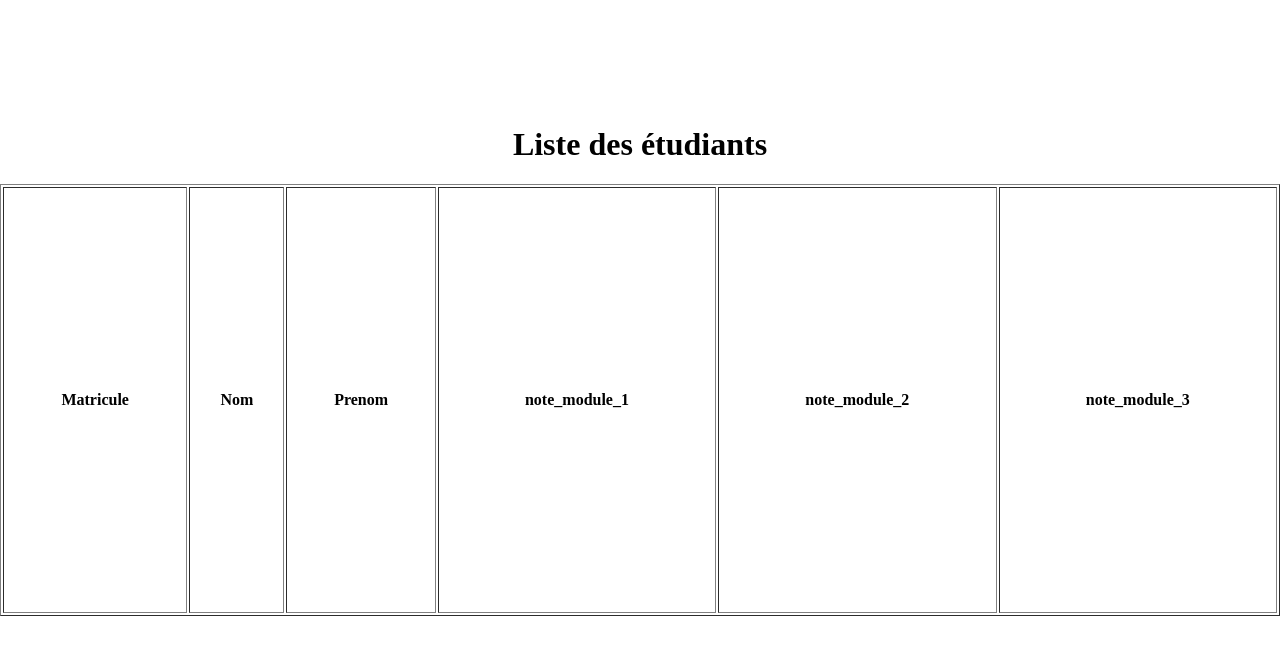
Repository: tt5300447/parakeet
Page: http://localhost/
An editor plug-in stored every save of this project. The page is shown before and after the next save, followed by the edit.
The browser window is 1280 px wide. The pictures show the whole page.
The page is run by PHP 8.4 with error messages shown; the project is at /var/www/html/. Queries for data that is not in the repository find no rows.

Above is the page before, as saved 2022-06-19 15:50:23.

### Copier/htdocs/Liste/index.php
<!DOCTYPE html>
<html lang="en">
<head>
    <meta charset="UTF-8">
    <meta http-equiv="X-UA-Compatible" content="IE=edge">
    <meta name="viewport" content="width=device-width, initial-scale=1.0">
    <title>Document</title>
    <link rel="stylesheet" href="style.css">
</head>
<body>

    <div class="center">
         <h1>Liste des étudiants</h1>
    <?php
$servername = "localhost";
$username = "root";
$password = "";
$db = "scolarite";
// Create connection
$conn = new mysqli($servername, $username, $password,$db);
// Check connection
if (mysqli_connect_errno())
{
echo "Failed to connect to MySQL: " . mysqli_connect_error();
}

$result = $conn->query("SELECT * FROM Etudiant");

echo "<table border='1'>
<tr>
<th>Matricule</th>
<th>Nom</th>
<th>Prenom</th>
<th>note_module_1</th>
<th>note_module_2</th>
<th>note_module_3</th>

</tr>";

while($row = mysqli_fetch_array($result))
{
echo "<tr>";
echo "<td>" . $row['matricule'] . "</td>";
echo "<td>" . $row['nom'] . "</td>";
echo "<td>" . $row['prenom'] . "</td>";
echo "<td>" . $row['note_module_1'] . "</td>";
echo "<td>" . $row['note_module_2'] . "</td>";
echo "<td>" . $row['note_module_3'] . "</td>";
echo "</tr>";
}
echo "</table>";

mysqli_close($conn);
?>
</div>
</body>
</html>

### Copier/htdocs/Liste/style.css
html,
body {
    margin: 0;
    padding: 0;
    width: 100%;
    height: 100%;
    display: table;
}

.center {
    display: table-cell;
    text-align: center;
    vertical-align: middle;
}

table {
    width: 100%;
    height: 60%;
}

After the next save:
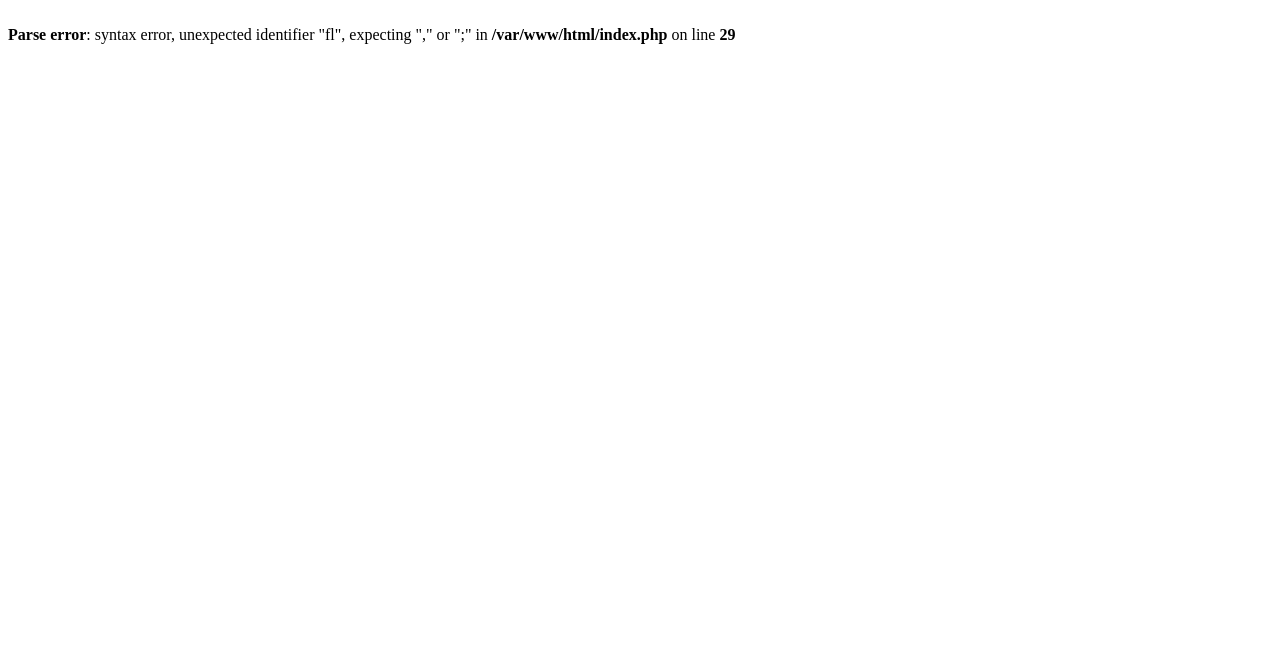
Saved 2 min 13 s later.
--- a/Copier/htdocs/Liste/index.php
+++ b/Copier/htdocs/Liste/index.php
@@ -9,7 +9,7 @@
 </head>
 <body>
 
-    <div class="center">
+    <div class="center table-wrapper">
          <h1>Liste des étudiants</h1>
     <?php
 $servername = "localhost";
@@ -26,7 +26,7 @@ echo "Failed to connect to MySQL: " . mysqli_connect_error();
 
 $result = $conn->query("SELECT * FROM Etudiant");
 
-echo "<table border='1'>
+echo "<table border='1' class="fl-table">
 <tr>
 <th>Matricule</th>
 <th>Nom</th>
